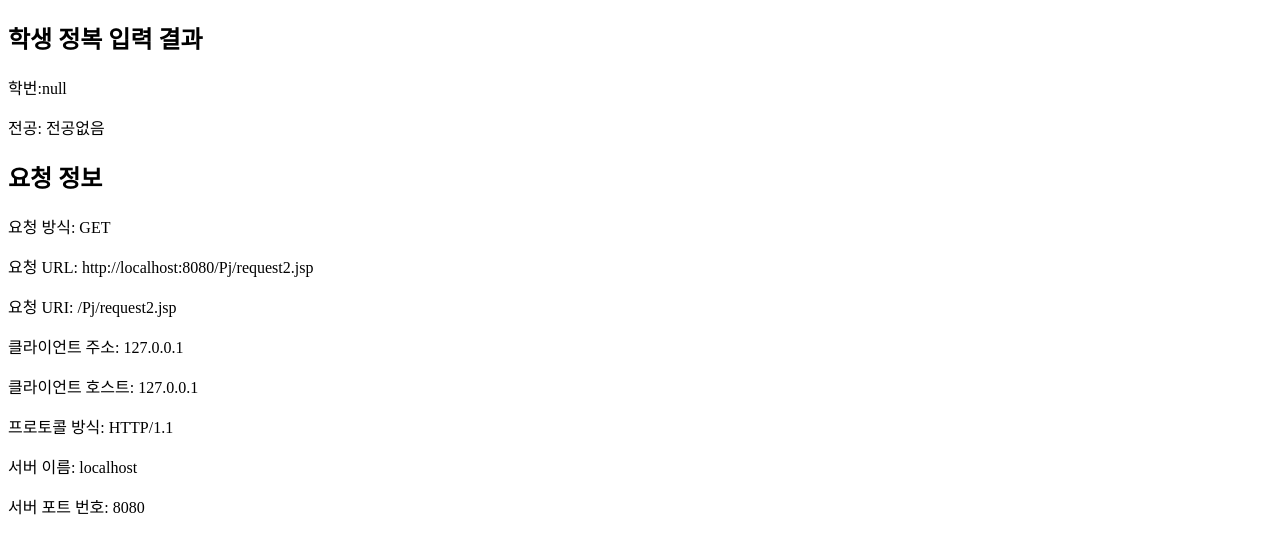
Repository: jemin7709/InternetProgramming2
Page: http://localhost/Pj/request2.jsp
An editor plug-in stored every save of this project. The page is shown before and after the next save, followed by the edit.
The browser window is 1280 px wide. The pictures show the whole page.
The page is served by Tomcat 9.

Above is the page before, as saved 2021-05-07 01:25:25.

### Pj/WebContent/request2.jsp
<%@ page language="java" contentType="text/html; charset=UTF-8"
	pageEncoding="UTF-8"%>
<!DOCTYPE html PUBLIC "-//W3C//DTD HTML 4.01 Transitional//EN" "http://www.w3.org/TR/html4/loose.dtd">
<html>
<head>
<meta http-equiv="Content-Type" content="text/html; charset=UTF-8">
<title>Insert title here</title>
</head>
<body>
	<%
request.setCharacterEncoding("utf-8");
String studentNum = request.getParameter("studentNum");
String majors[] = request.getParameterValues("major");
%>
	<h2>학생 정복 입력 결과</h2>
	학번:<%=studentNum %><p>
		전공:
		<%
if(majors == null){
	out.println("전공없음");
}
else{
	for(String m:majors){
		out.println(m + " ");
	}
}
%>
	</p>
	<h2>요청 정보</h2>
	요청 방식: <%= request.getMethod() %><p>
	요청 URL: <%= request.getRequestURL() %><p>
	요청 URI: <%= request.getRequestURI() %><p>
	클라이언트 주소: <%= request.getRemoteAddr() %><p>
	클라이언트 호스트: <%= request.getRemoteHost() %><p>
	프로토콜 방식: <%= request.getProtocol() %><p>
	서버 이름: <%= request.getServerName() %><p>
	서버 포트 번호: <%= request.getServerPort() %><p>

</body>
</html>

After the next save:
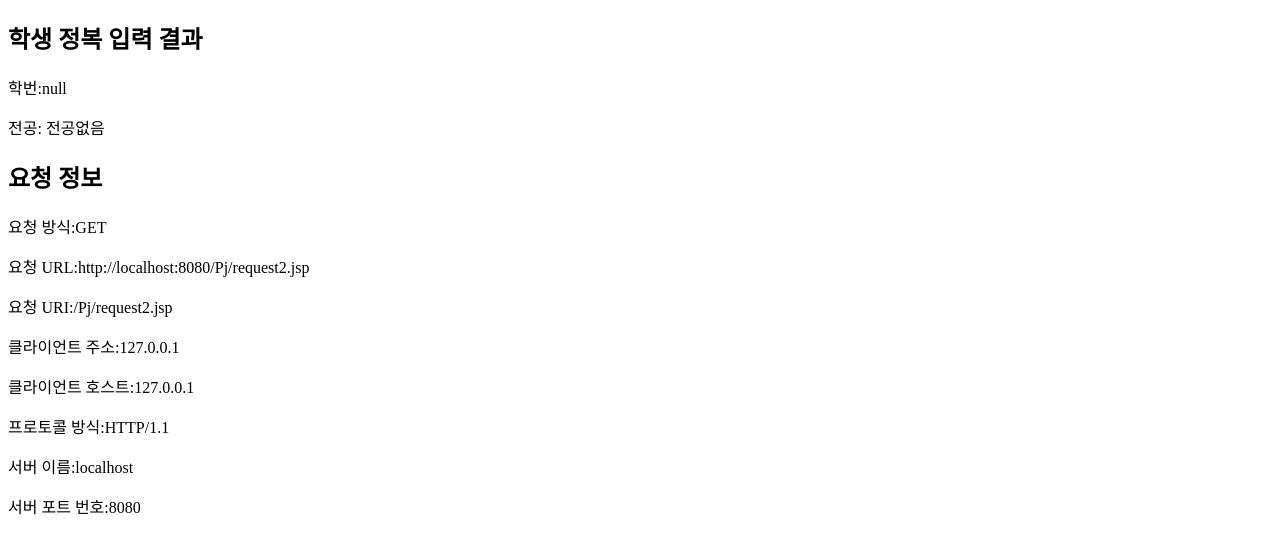
Saved 88 s later.
--- a/Pj/WebContent/request2.jsp
+++ b/Pj/WebContent/request2.jsp
@@ -8,33 +8,31 @@
 </head>
 <body>
 	<%
-request.setCharacterEncoding("utf-8");
-String studentNum = request.getParameter("studentNum");
-String majors[] = request.getParameterValues("major");
-%>
+		request.setCharacterEncoding("utf-8");
+		String studentNum = request.getParameter("studentNum");
+		String majors[] = request.getParameterValues("major");
+	%>
 	<h2>학생 정복 입력 결과</h2>
-	학번:<%=studentNum %><p>
+	학번:<%=studentNum%><p>
 		전공:
 		<%
-if(majors == null){
-	out.println("전공없음");
-}
-else{
-	for(String m:majors){
-		out.println(m + " ");
-	}
-}
-%>
+		if (majors == null) {
+			out.println("전공없음");
+		} else {
+			for (String m : majors) {
+				out.println(m + " ");
+			}
+		}
+	%>
 	</p>
 	<h2>요청 정보</h2>
-	요청 방식: <%= request.getMethod() %><p>
-	요청 URL: <%= request.getRequestURL() %><p>
-	요청 URI: <%= request.getRequestURI() %><p>
-	클라이언트 주소: <%= request.getRemoteAddr() %><p>
-	클라이언트 호스트: <%= request.getRemoteHost() %><p>
-	프로토콜 방식: <%= request.getProtocol() %><p>
-	서버 이름: <%= request.getServerName() %><p>
-	서버 포트 번호: <%= request.getServerPort() %><p>
-
-</body>
+	요청 방식:<%=request.getMethod()%><p>
+	요청 URL:<%=request.getRequestURL()%><p>
+	요청 URI:<%=request.getRequestURI()%><p>
+	클라이언트 주소:<%=request.getRemoteAddr()%><p>
+	클라이언트 호스트:<%=request.getRemoteHost()%><p>
+	프로토콜 방식:<%=request.getProtocol()%><p>
+	서버 이름:<%=request.getServerName()%><p>
+	서버 포트 번호:<%=request.getServerPort()%>
+	<p></body>
 </html>
